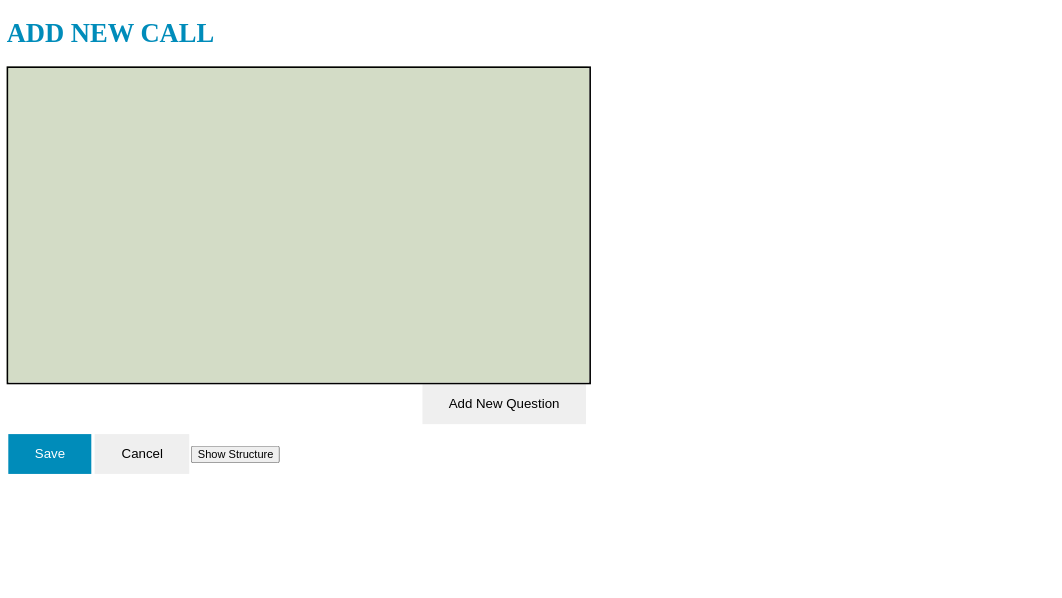
Repository: useforprashant/assignment
Page: http://localhost/springProject/home
The author's editor kept a copy of each file at every save. The page is drawn from the files as they stood at one save, then again after the next save.
The browser window is 1280 px wide. The pictures show the whole page, at 83% of full size.
Some web libraries are served in a nearby version. The page is served by Tomcat 9.

Above is the page before, as saved 2017-08-16 12:00:04.

After the next save:
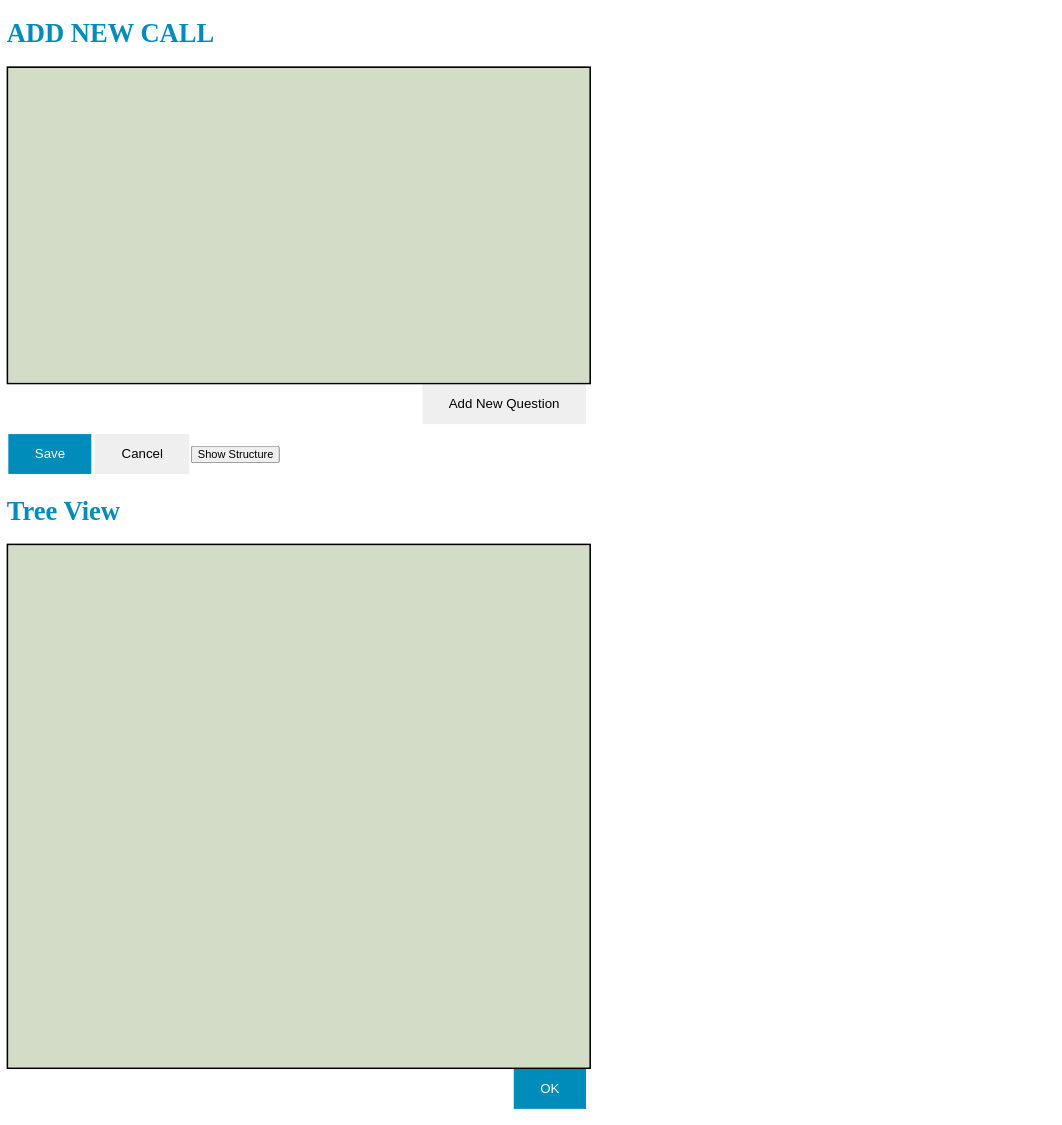
Console error: SyntaxError: missing ) after argument list
Saved 2 min 23 s later.
--- a/AugustDemo/springProject/src/main/webapp/WEB-INF/pages/home.jsp
+++ b/AugustDemo/springProject/src/main/webapp/WEB-INF/pages/home.jsp
@@ -79,18 +79,19 @@
                 	  var values = obj.split('and');
                 	  var idSplit = values[0].split('_');
                 	  var ids = values[0].split(':');
-                	alert(ids[1]);
+                	alert(values[0]);
 
                 	  if(idSplit.length == 2){
                 		 var val1 = values[1].split(':');
-                		  $('#inner-rightTree').append('<ul class="u_'+idSplit[1]+'" id="ul_'+idSplit[1]+'"><span class="tab">'+val1[1]+'</span></ul>');
+                		  $('#inner-rightTree').append('<ul class="+idSplit[1]+'" id="ul_'+idSplit[1]+'"><span class="tab">'+val1[1]+'</span></ul>');
                 	  }
                 	  else{
                 		  var type = values[2].split(':');
                 		  var x = type[1];
+                		  var cls = "u_"+idSplit[1];
                 		  if(x == 1){
                 			  var val1 = values[1].split(':');
-                			//  $("#inner-rightTree ul").append('<ul id="ul_'+idSplit[1]+'"><span class="tab">'+val1[1]+'</span></ul>');
+                			$("#inner-rightTree ").append('<ul id="ul_'+idSplit[1]+'"><span class="tab">'+val1[1]+'</span></ul>');
                     	  }
                 		  else{
                 		  var val1 = values[1].split(':');

After the save that followed:
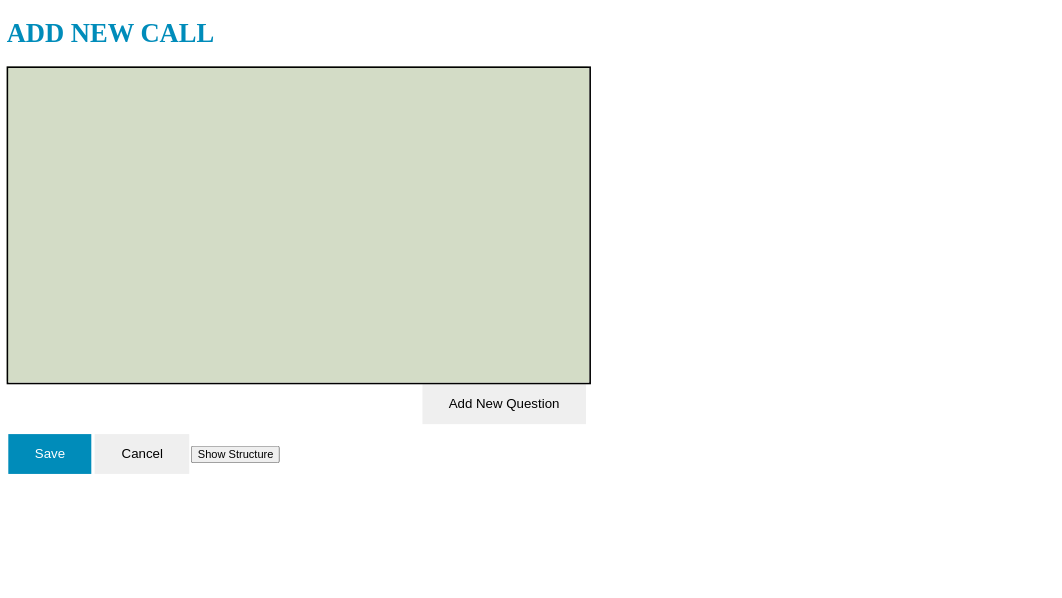
The error is gone.
Saved 25 s later.
--- a/AugustDemo/springProject/src/main/webapp/WEB-INF/pages/home.jsp
+++ b/AugustDemo/springProject/src/main/webapp/WEB-INF/pages/home.jsp
@@ -83,7 +83,7 @@
 
                 	  if(idSplit.length == 2){
                 		 var val1 = values[1].split(':');
-                		  $('#inner-rightTree').append('<ul class="+idSplit[1]+'" id="ul_'+idSplit[1]+'"><span class="tab">'+val1[1]+'</span></ul>');
+                		  $('#inner-rightTree').append('<ul class="'+idSplit[1]+'" id="ul_'+idSplit[1]+'"><span class="tab">'+val1[1]+'</span></ul>');
                 	  }
                 	  else{
                 		  var type = values[2].split(':');
